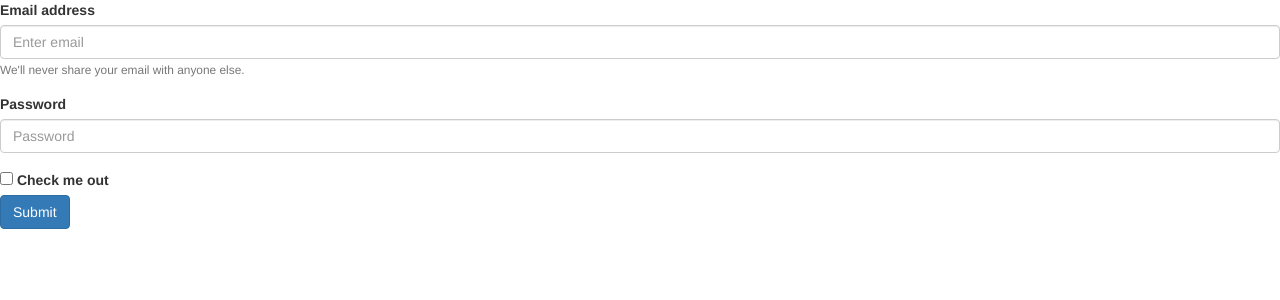
Repository: daniddm/TrabajaDawEcommerce
Page: http://localhost/Ecommerce_SanTierno/carrito.jsp
An editor plug-in stored every save of this project. The page is shown before and after the next save, followed by the edit.
The browser window is 1280 px wide. The pictures show the whole page.
The page is served by Tomcat 9. Other server files are loaded and not shown.

Above is the page before, as saved 2021-12-05 08:06:30.

### Ecommerce_SanTierno/WebContent/carrito.jsp
<%@ page language="java" contentType="text/html; charset=ISO-8859-1"
    pageEncoding="ISO-8859-1"%>

<%@taglib uri="http://java.sun.com/jsp/jstl/core" prefix="c" %>
<!DOCTYPE html>
<html>
<head>
<!-- ver enlace del bootstrap -->
	<link rel="stylesheet" href="https://maxcdn.bootstrapcdn.com/bootstrap/3.4.1/css/bootstrap.min.css">
<meta charset="ISO-8859-1">
<title>Insert title here</title>
</head>
<body>

<form>
	  <div class="form-group">
	    <label for="exampleInputEmail1">Email address</label>
	    <input type="email" class="form-control" id="exampleInputEmail1" aria-describedby="emailHelp" placeholder="Enter email">
	    <small id="emailHelp" class="form-text text-muted">We'll never share your email with anyone else.</small>
	  </div>
	  <div class="form-group">
	    <label for="exampleInputPassword1">Password</label>
	    <input type="password" class="form-control" id="exampleInputPassword1" placeholder="Password">
	  </div>
	  <div class="form-check">
	    <input type="checkbox" class="form-check-input" id="exampleCheck1">
	    <label class="form-check-label" for="exampleCheck1">Check me out</label>
	  </div>
	  <button type="submit" class="btn btn-primary">Submit</button>
</form>

</body>
</html>

After the next save:
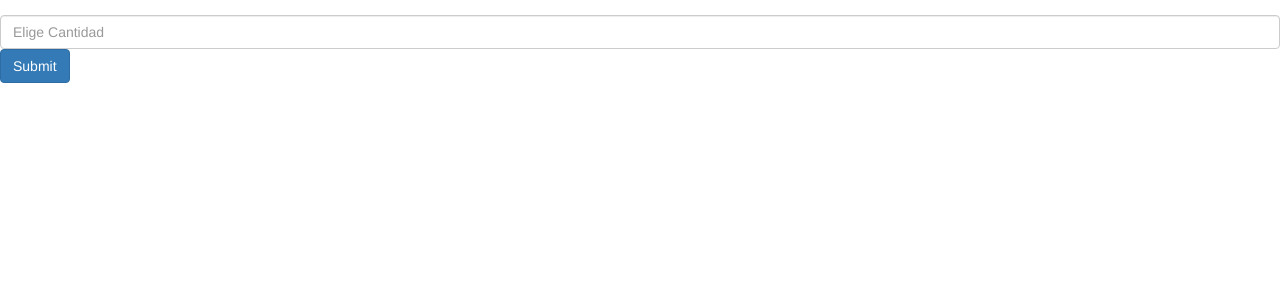
Saved 2 min 50 s later.
--- a/Ecommerce_SanTierno/WebContent/carrito.jsp
+++ b/Ecommerce_SanTierno/WebContent/carrito.jsp
@@ -14,17 +14,13 @@
 
 <form>
 	  <div class="form-group">
-	    <label for="exampleInputEmail1">Email address</label>
-	    <input type="email" class="form-control" id="exampleInputEmail1" aria-describedby="emailHelp" placeholder="Enter email">
-	    <small id="emailHelp" class="form-text text-muted">We'll never share your email with anyone else.</small>
+
 	  </div>
 	  <div class="form-group">
-	    <label for="exampleInputPassword1">Password</label>
-	    <input type="password" class="form-control" id="exampleInputPassword1" placeholder="Password">
+
 	  </div>
 	  <div class="form-check">
-	    <input type="checkbox" class="form-check-input" id="exampleCheck1">
-	    <label class="form-check-label" for="exampleCheck1">Check me out</label>
+	    <input type="number" class="form-control" id="cantidad" aria-describedby="emailHelp" placeholder="Elige Cantidad">
 	  </div>
 	  <button type="submit" class="btn btn-primary">Submit</button>
 </form>
